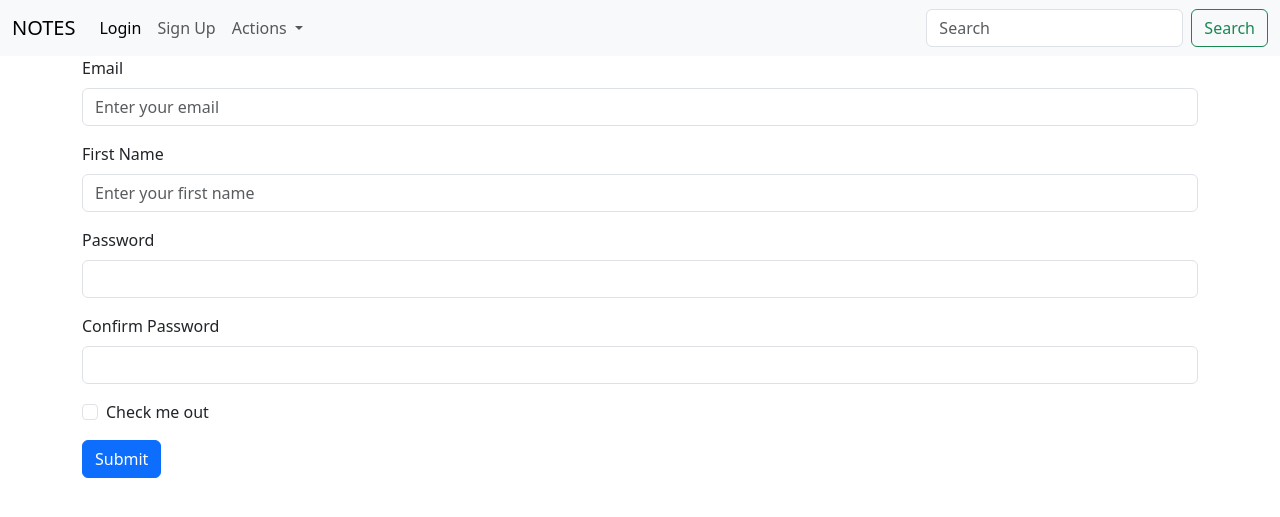
Repository: Qu4ntumGuy/flask-notes
Page: website/templates/signup.html
The author's editor kept a copy of each file at every save. The page is drawn from the files as they stood at one save, then again after the next save.
The browser window is 1280 px wide. The pictures show the whole page.
The page is served by the project's application, run on Flask 3 (website/__init__.py). The template is opened directly, without the code that normally fills it, so the values that code supplies are empty.

Above is the page before, as saved 2024-05-30 19:21:30.

After the next save:
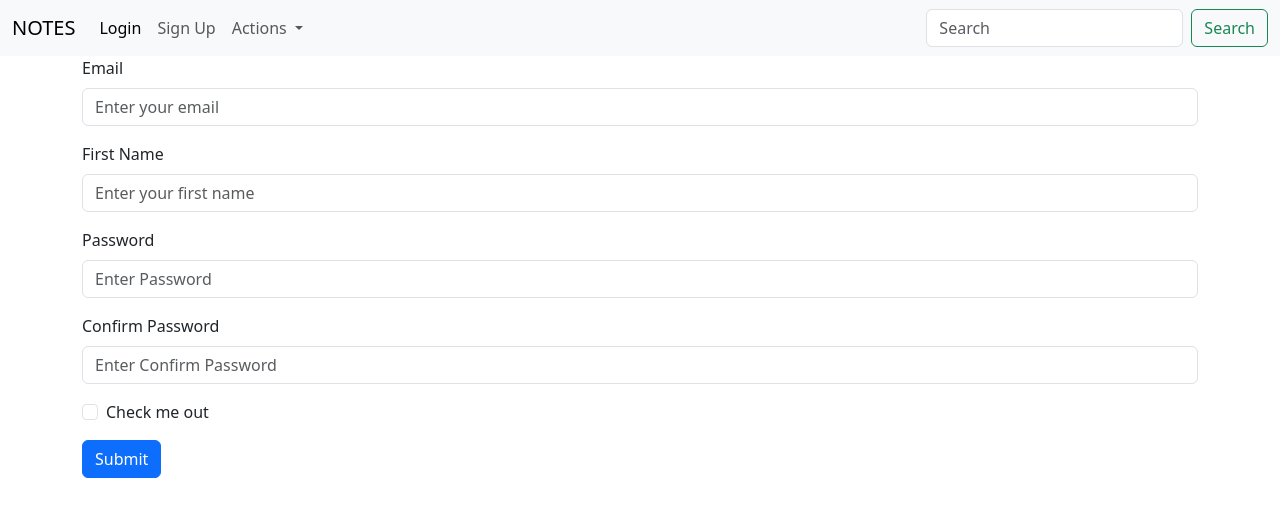
Saved 38 s later.
--- a/website/templates/signup.html
+++ b/website/templates/signup.html
@@ -12,11 +12,11 @@
       </div>
     <div class="mb-3">
       <label for="password" class="form-label">Password</label>
-      <input type="password" class="form-control" name="password" id="password" >
+      <input type="password" class="form-control" name="password" id="password" placeholder="Enter Password">
     </div>
     <div class="mb-3">
         <label for="confirmPassword" class="form-label">Confirm Password</label>
-        <input type="password" class="form-control" name="password" id="confirmPassword">
+        <input type="password" class="form-control" name="password" id="confirmPassword" placeholder="Enter Confirm Password">
       </div>
     <div class="mb-3 form-check">
       <input type="checkbox" class="form-check-input" id="exampleCheck1">
